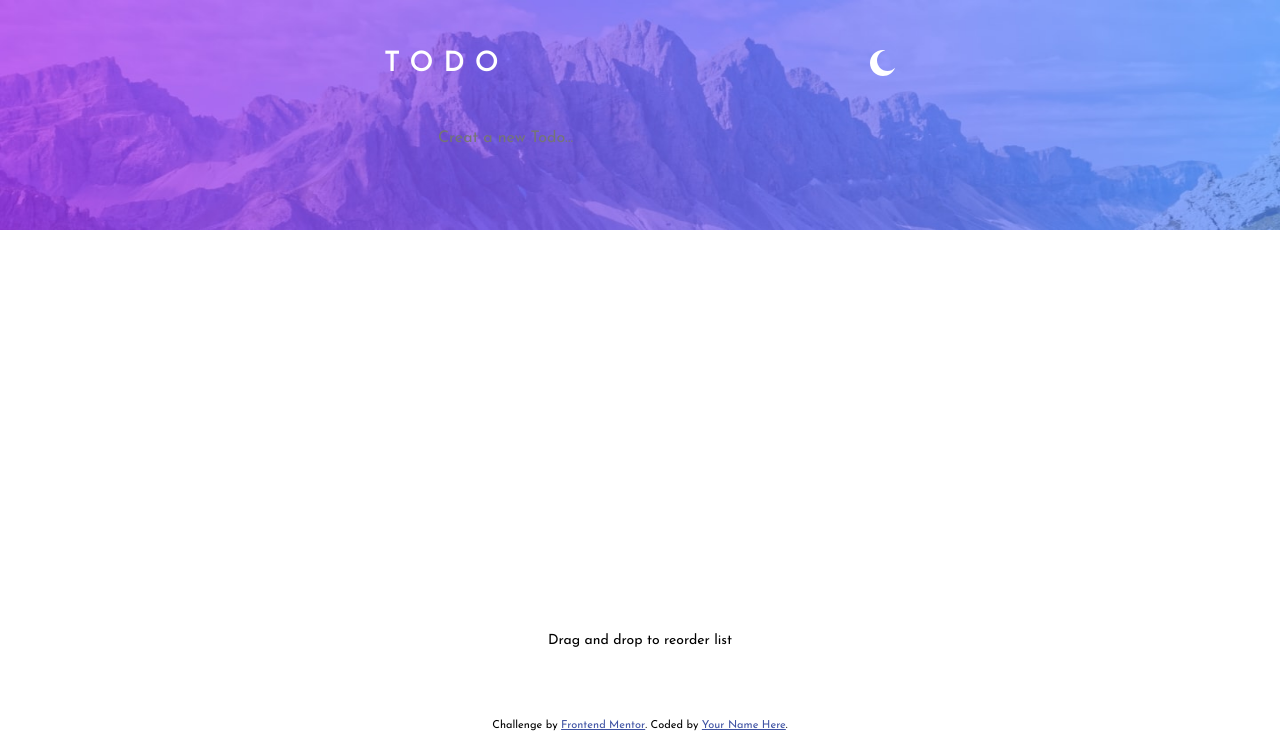
Repository: Baraajad231/Todo-app
Page: /
An editor plug-in stored every save of this project. The page is shown before and after the next save, followed by the edit.
The browser window is 1280 px wide. The pictures show the whole page.
The project was rebuilt for these pictures with package versions that can differ from the ones it lists, and the page was loaded fresh each time. Also part of the build but not shown: vite.config.js.

Above is the page before, as saved 2026-01-16 01:47:57.

### index.html
<!DOCTYPE html>
<html lang="en" data-theme="light">
  <head>
    <meta charset="UTF-8" />
    <meta name="viewport" content="width=device-width, initial-scale=1.0" />
    <!-- displays site properly based on user's device -->

    <link
      rel="icon"
      type="image/png"
      sizes="32x32"
      href="./images/favicon-32x32.png"
    />

    <title>Frontend Mentor | Todo app</title>

    <!-- Feel free to remove these styles or customise in your own stylesheet 👍 -->
    <style>
      .attribution {
        font-size: 11px;
        text-align: center;
      }
      .attribution a {
        color: hsl(228, 45%, 44%);
      }
    </style>

    <link rel="preconnect" href="https://fonts.googleapis.com" />
    <link rel="preconnect" href="https://fonts.gstatic.com" crossorigin />
    <link
      href="https://fonts.googleapis.com/css2?family=Josefin+Sans:ital,wght@0,100..700;1,100..700&display=swap"
      rel="stylesheet"
    />

    <link rel="stylesheet" href="./styles/style.scss" />
  </head>
  <body>
    <div class="container">
      <picture class="background-Wrapper">
        <source
          media="(min-width:465px)"
          srcset="images/bg-desktop-light.jpg"
        />
        <img
          src="images/bg-mobile-light.jpg"
          alt="bg-mobile-light"
          class="background background-light"
        />
      </picture>

      <div class="todo">
        <div class="todo__header">
          <h1 class="todo__title">TODO</h1>
          <button class="todo__theme button">
            <img src="images/icon-moon.svg" alt="moon icon" />
          </button>
        </div>

        <div class="todo__input">
          <button class="checkbox button">
            <img
              src="./images/icon-check.svg"
              alt="check"
              class="checkbox__icon"
            />
          </button>
          <input
            type="text"
            placeholder="Creat a new Todo..."
            class="todo__input--field"
          />
        </div>

        <ul class="todo__list"></ul>

        <div class="todo__status-bar hidden">
          <div class="items-left">
            <span class="items-count">0</span>
            <span class="items-text">items left</span>
          </div>

          <div class="filter-group">
            <button class="button-filter button active" data-type="all">
              All
            </button>
            <button class="button-filter button" data-type="active">
              Active
            </button>
            <button class="button-filter button" data-type="completed">
              Completed
            </button>
          </div>

          <button class="button-clear button">Clear Completed</button>
        </div>
      </div>
    </div>
    <p class="note">Drag and drop to reorder list</p>

    <div class="attribution">
      Challenge by
      <a href="https://www.frontendmentor.io?ref=challenge" target="_blank"
        >Frontend Mentor</a
      >. Coded by <a href="#">Your Name Here</a>.
    </div>
    <script type="module" src="./scripts/index.js"></script>
  </body>
</html>

### styles/style.scss
/*variables*/
:root {
  /* ===== Brand / Primary ===== */
  --color-primary: hsl(220, 98%, 61%);

  --gradient-check: linear-gradient(hsl(192, 100%, 67%), hsl(280, 87%, 65%));

  /* ===== Typography ===== */
  --font-family-base: "Josefin Sans", sans-serif;
  --font-size-base: 16px;
  --font-weight-regular: 400;
  --font-weight-bold: 700;
}

:root[data-theme="light"] {
  --color-bg: hsl(0, 0%, 98%);
  --color-surface: #ffffff;

  --color-text-primary: hsl(235, 19%, 35%);
  --color-text-secondary: hsl(236, 9%, 61%);

  --color-border: hsl(233, 11%, 84%);
  --color-completed: hsl(234, 39%, 85%);
}

:root[data-theme="dark"] {
  --color-bg: hsl(235, 21%, 11%);
  --color-surface: hsl(235, 24%, 19%);

  --color-text-primary: hsl(234, 39%, 85%);
  --color-text-secondary: hsl(236, 9%, 61%);

  --color-border: hsl(237, 14%, 26%);
  --color-completed: hsl(233, 14%, 35%);
}

/* Reset */
* {
  margin: 0;
  padding: 0;
  font: inherit;
}

*,
*::after,
*::before {
  box-sizing: border-box;
}

a {
  color: inherit;
  display: inline-block;
}

button,
[type="submit"] {
  background-color: transparent;
  border: none;
  cursor: pointer;
}

ul,
ol {
  list-style: none;
}

html {
  font-size: 62.5%;
}

body {
  font-size: 1.6rem;
  font-family: var(--font-family-base);
  color: var(--color-text-primar);
}
/* End Reset */

/*container*/
.container {
  position: relative;
  min-height: 100vh;
  width: 100vw;
  background-color: var(--color-bg);
}
.background {
  width: 100vw;
  height: 20.65rem;

  @media (min-width: 768px) {
    height: 21rem;
  }
  @media (min-width: 950px) {
    height: 23rem;
  }
}

.todo {
  display: flex;
  flex-direction: column;
  position: absolute;
  top: 0;
  width: calc(100% - 6rem);
  margin: 5rem 3rem;
  z-index: 2;

  @media (min-width: 768px) {
    width: 70%;
    left: 50%;
    transform: translateX(-50%);
    margin: 5rem 0;
  }

  @media (min-width: 950px) {
    width: 40%;
    left: 50%;
    transform: translateX(-50%);
    margin: 5rem 0;
  }

  &__header {
    display: flex;
    justify-content: space-between;
    margin-bottom: 3rem;

    .todo__title {
      font-size: 2.4rem;
      color: white;
      letter-spacing: 1rem;
      font-weight: 600;

      @media (min-width: 950px) {
        font-size: 3.2rem;
      }
      @media (min-width: 768px) {
        font-size: 2.8rem;
      }
    }
  }
  &__input {
    background-color: var(--color-surface);
    display: flex;
    align-items: center;

    margin-bottom: 1.5rem;
    padding: 0 2rem;
    border-radius: 0.5rem;

    @media (min-width: 950px) {
      margin-bottom: 2rem;
    }

    &--field {
      border: none;
      background-color: transparent;
      width: 100%;
      padding: 2rem 0;
      color: var(--color-text-primary);

      &:focus {
        outline: none;
        caret-color: var(--color-primary);
      }
    }
  }

  &__list {
    max-height: 41vh;
    overflow-y: auto;
    overflow-x: hidden;
    transition: transform 0.2s ease;

    font-size: 1.2rem;
    @media (min-width: 950px), (min-width: 768px) {
      font-size: 1.6rem;
    }

    &__row {
      background-color: var(--color-surface);
      padding: 1.5rem 2rem;
      display: flex;
      align-items: center;
      color: var(--color-text-primary);
      box-shadow: 0 3rem 3rem 1rem rgba(0, 0, 0, 0.045);
      border-bottom: 1px solid var(--color-border);
      cursor: grab;
      user-select: none;
      touch-action: none;
      transition: all 0.2s ease;

      width: 100%;

      &:nth-child(1) {
        border-radius: 0.5rem 0.5rem 0 0;
      }

      & .todo__list__task {
        margin-right: auto;
      }

      @media (hover: hover) {
        & .remove-btn {
          visibility: hidden;
          opacity: 0;
          scale: 0.5;
          transition: all 0.3s;
        }
        &:hover .remove-btn {
          visibility: visible;
          opacity: 1;
          scale: 1; // transition: all 1s;
        }
      }
    }
  }
  .completed {
    text-decoration: line-through;
    color: var(--color-completed);

    & .todo__input--field {
      color: var(--color-completed);
    }
    & .checkbox {
      background: var(--gradient-check);
    }
  }

  .checkbox {
    border: 1px solid var(--color-border);
    border-radius: 50%;
    margin-right: 1rem;
    display: flex;
    align-items: center;
    justify-content: center;

    @media (min-width: 950px) {
      margin-right: 1.5rem;
    }

    &__icon {
      opacity: 0;
      visibility: hidden;
      padding: 0.4rem;
    }
  }

  .completed .checkbox__icon {
    opacity: 1;
    visibility: visible;
  }

  &__status-bar {
    display: flex;
    align-items: center;
    justify-content: space-between;
    position: relative;
    background-color: var(--color-surface);
    color: var(--color-text-primary);
    box-shadow: 0 3rem 3rem 1rem rgba(0, 0, 0, 0.045);
    border-radius: 0 0 0.5rem 0.5rem;
    padding: 1.5rem 2rem;
    font-size: 1.2rem;
    border-top: 1px solid var(--color-border);

    & .items-left {
      color: var(--color-text-secondary);
    }
    & .filter-group {
      display: flex;
      justify-content: center;
      gap: 2rem;
      font-size: 1.4rem;

      @media (max-width: 1000px) {
        position: absolute;
        bottom: -65px;
        left: 0;
        right: 0;
        padding: 1.5rem 2rem;
        border-radius: 0.5rem;
        background-color: var(--color-surface);
        box-shadow: 0 3rem 3rem 1rem rgba(0, 0, 0, 0.045);
      }
    }
  }
}

.hidden {
  display: none;
}

.note {
  position: absolute;
  bottom: 10%;
  left: 50%;
  transform: translateX(-50%);
  width: max-content;
  font-size: 1.4rem;
  color: var(--color-text-secondary);
}

.button {
  color: var(--color-text-secondary);
  transition: all 0.3s;

  &:active {
    transform: scale(0.9);
    color: var(--color-text-primary);
  }

  &-filter {
    font-weight: 600;
  }
}

.active {
  transition: all 0.3s;
  color: var(--color-primary);
}

.task.dragging {
  opacity: 0.7;
  cursor: grabbing;
  z-index: 1000;
  box-shadow: 0 12px 30px rgba(0, 0, 0, 0.25);
  transform: scale(1.02);
  transition: none;
  pointer-events: none;
}

.placeholder {
  border: 2px dashed #ccc;
  // background: transparent;
  // background-color: var(--color-surface);
  background-color: var(--color-bg);
}

### scripts/index.js
import {
  initClickEventsListeners,
  initDragAndDropEvent,
  inputTaskEvent,
} from "./events";
import { initList } from "./renderTasks";
import { getTheme } from "./tasksStorage";
import { initTheme } from "./toggleThemeHandler";

initList();
initClickEventsListeners();
inputTaskEvent();
initDragAndDropEvent();

setTimeout(() => (document.documentElement.dataset.theme = getTheme()));

### scripts/events.js
import { checkboxHandler, checkboxinputHandler } from "./checkboxHandler.js";
import { clearBtnHandler } from "./clearBtnHandler.js";
import { endDrag, onDrag, startDrag } from "./DragAndDropHAndlers.js";
import { inputField, taskList, todo } from "./elements.js";
import {
  activeFilterHandler,
  allFilterHandler,
  completedFilterHandler,
} from "./filtersHandler.js";
import { inputEnterHandler } from "./inputEnterHandler.js";
import { removeTaskHandler } from "./removeTaskHandler.js";
import { toggleThemeHandler } from "./toggleThemeHandler.js";

export const inputTaskEvent = () => {
  inputField.addEventListener("keydown", inputEnterHandler);
};

export const initClickEventsListeners = () => {
  todo.addEventListener("click", (e) => {
    /*For checkboxes */
    const taskEl = e.target.closest(".task");
    if (taskEl && e.target.closest(".checkbox")) {
      const index = parseInt(taskEl.dataset.index);
      checkboxHandler(index);
    }

    if (e.target.closest(".todo__input .checkbox")) {
      checkboxinputHandler();
    }

    /*For clear Btn */
    if (e.target.closest(".button-clear")) {
      clearBtnHandler();
    }

    /*For filters Btns */
    if (e.target.closest('[data-type="all"]')) {
      allFilterHandler();
    }
    if (e.target.closest('[data-type="active"]')) {
      activeFilterHandler();
    }
    if (e.target.closest('[data-type="completed"]')) {
      completedFilterHandler();
    }

    /*For remove Btn */
    if (e.target.closest(".remove-btn")) {
      const index = parseInt(taskEl.dataset.index);
      removeTaskHandler(index);
    }

    /*For theme*/
    if (e.target.closest(".todo__theme")) {
      toggleThemeHandler();
    }
  });
};

export const initDragAndDropEvent = () => {
  taskList.addEventListener("pointerdown", startDrag);
  document.addEventListener("pointermove", onDrag);
  document.addEventListener("pointerup", endDrag);
};

// export const checkboxEvent = () => {
//   checkboxTaskListElements()?.forEach((element, index) => {
//     element.addEventListener("click", () => {
//       checkboxHandler(index);
//     });
//   });

//   checkboxInput.addEventListener("click", () => {
//     checkboxinputHandler();
//   });
// };

// export const clearCompletedEvent = () => {
//   clearBtn.addEventListener("click", () => {
//     clearBtnHandler();
//     // checkboxEvent();
//   });
// };

// export const filtersEvent = () => {
//   allFilter.addEventListener("click", allFilterHandler);
//   activeFilter.addEventListener("click", activeFilterHandler);
//   completedFilter.addEventListener("click", completedFilterHandler);
// };

// export const removeTaskEvent = () => {
//   removeBtns()?.forEach((btn, index) => {
//     btn.addEventListener("click", () => {
//       removeTaskHandler(index);
//       removeTaskEvent();
//     });
//   });
// };

### scripts/renderTasks.js
import {
  activeFilter,
  completedFilter,
  itemsCount,
  taskList,
  todoStatusBar,
} from "./elements";
import { activeClassHandler } from "./filtersHandler";
import { getFilterState, getTasks, getTheme } from "./tasksStorage";
import { initTheme } from "./toggleThemeHandler";

export const itemsCountHandler = (tasks) => {
  let count = 0;
  tasks.forEach((task) => {
    if (!task.isCompleted) {
      count++;
    }
  });
  itemsCount.textContent = count;
};

export const ShowHideControls = (count) => {
  todoStatusBar.classList.toggle("hidden", count === 0);
};

export const renderTasks = (type) => {
  let tasks = getTasks();

  const pastTasks = document.querySelectorAll(".task");
  pastTasks.forEach((task) => {
    task.remove();
  });

  if (type === "active") {
    console.log("type = active");

    let activeTasks = [];
    tasks.forEach((task) => {
      if (!task.isCompleted) {
        activeTasks.push(task);
      }
    });
    tasks = activeTasks;
    activeClassHandler(activeFilter);
  }

  if (type === "completed") {
    console.log("type = completed");

    let completedTasks = [];
    tasks.forEach((task) => {
      if (task.isCompleted) {
        completedTasks.push(task);
      }
    });
    tasks = completedTasks;
    activeClassHandler(completedFilter);
  }

  // بدنا نعمل حركة بحيث نجيب ال task المحددة الي بدنا اياها من الLC

  let tasksElements = ``;
  tasks.forEach((task, index) => {
    tasksElements += `
    <li class="todo__list__row task ${
      task.isCompleted ? "completed" : ""
    }" data-index="${index}" data-completed="${task.isCompleted}" data-id="${
      task.id
    }">
            <button class="checkbox button">
              <img
                src="./images/icon-check.svg"
                alt="check"
                class="checkbox__icon"
              />
            </button>
            <span class="todo__list__task">${task.taskValue}</span>
            <button class="remove-btn button">
              <img src="./images/icon-cross.svg" alt="" class="remove-icon" />
            </button>
    </li>`;
  });
  console.log(tasks.length);

  itemsCountHandler(getTasks());
  ShowHideControls(getTasks().length);

  taskList.insertAdjacentHTML("afterBegin", tasksElements);
};

export const initList = () => {
  renderTasks(getFilterState());
};

### scripts/tasksStorage.js
export const getTasks = () => {
  const raw = localStorage.getItem("tasksList");
  if (!raw) return [];
  try {
    return JSON.parse(raw);
  } catch {
    return [];
  }
};

export const saveTasks = (tasks) => {
  localStorage.setItem("tasksList", JSON.stringify(tasks));
};

export const findTask = (index) => {
  const tasks = getTasks();
  return tasks[index];
};
/*  هذه الطريقة الافضل لانه ممكن الي فوق ترجع خطأ*/
// export const findTask = (index) => {
//   const tasks = getTasks();
//   console.log(index);

//   return tasks.find((task) => task.index === index);
// };

export const saveFilterState = (state) => {
  localStorage.setItem("tasksFilter", state);
};

export const getFilterState = () => {
  return localStorage.getItem("tasksFilter");
};

export const getTheme = () => {
  return localStorage.getItem("theme");
};

export const saveTheme = (theme) => {
  localStorage.setItem("theme", theme);
};

### scripts/toggleThemeHandler.js
import { iconTheme, img, source } from "./elements";
import { saveTheme } from "./tasksStorage";

export const toggleThemeHandler = () => {
  // نغير ال data set عشان ال css يشوف شغله
  const html = document.querySelector("html");
  const isDark = html.dataset.theme === "dark";
  html.dataset.theme = isDark ? "light" : "dark";

  updateBackground(html.dataset.theme);
  updateThemeIcon(html.dataset.theme);
  saveTheme(JSON.stringify(html.dataset.theme));
};

const updateBackground = (theme) => {
  if (theme === "dark") {
    source.srcset = "images/bg-desktop-dark.jpg";
    img.src = "images/bg-mobile-dark.jpg";
  } else {
    source.srcset = "images/bg-desktop-light.jpg";
    img.src = "images/bg-mobile-light.jpg";
  }
};

const updateThemeIcon = (theme) => {
  iconTheme.src =
    theme === "dark" ? "images/icon-sun.svg" : "images/icon-moon.svg";
};

export const initTheme = (theme) => {
  const html = document.querySelector("html");
  html.dataset.theme = theme;
  updateBackground(html.dataset.theme);
  updateThemeIcon(html.dataset.theme);
};

### scripts/checkboxHandler.js
import { itemsCountHandler } from "./renderTasks";
import { findTask, getTasks, saveTasks } from "./tasksStorage";

export const checkboxHandler = (index) => {
  const taskElement = document.querySelector(`.task[data-index="${index}"]`);
  taskElement?.classList.toggle("completed");

  taskElement.classList.contains("completed")
    ? (taskElement.dataset.completed = "true")
    : (taskElement.dataset.completed = "false");

  const task = findTask(index);

  task.isCompleted = !task.isCompleted;

  const tasks = getTasks();
  tasks[index] = task;
  saveTasks(tasks);
  itemsCountHandler(getTasks());
};

export const checkboxinputHandler = () => {
  const inputDiv = document.querySelector(".todo__input");
  inputDiv?.classList.toggle("completed");
};

//   ممكن نزبط ال eventListener  بحيث نخليه ع كل العنصر الاب و باستخدام بنحدد العنصر الذي تنفذ عليه الدوال الخاصة به وايضا (closest)
//   event Delegation
//   بيبقى نحدث الذاكرة
//    لا تنسى ال checkbox تاع ال input ===> وهذا يفتح باب انه تحط isCompleted > true لما بدك تظهر ال task على ال list

### scripts/clearBtnHandler.js
import { renderTasks } from "./renderTasks";
import { getFilterState, getTasks, saveTasks } from "./tasksStorage";

export const clearBtnHandler = () => {
  let tasks = getTasks();
  let remainingTasks = [];
  tasks.forEach((task) => {
    if (!task.isCompleted) {
      remainingTasks.push(task);
    }
  });

  tasks = remainingTasks;
  saveTasks(tasks);

  renderTasks(getFilterState());
  console.log("From Handler");
};

### scripts/elements.js
export const inputField = document.querySelector(".todo__input--field");
export const taskList = document.querySelector(".todo__list");
export const todoStatusBar = document.querySelector(".todo__status-bar ");
export const itemsCount = document.querySelector(".items-count");

export const allFilter = document.querySelector('[data-type="all"]');
export const activeFilter = document.querySelector('[data-type="active"]');
export const completedFilter = document.querySelector(
  '[data-type="completed"]'
);

export const todo = document.querySelector(".todo");

export const source = document.querySelector("source");
export const img = document.querySelector(".background");
export const iconTheme = document.querySelector(".todo__theme img");

### scripts/filtersHandler.js
import { activeFilter, allFilter, completedFilter } from "./elements";
import { renderTasks } from "./renderTasks";
import { saveFilterState } from "./tasksStorage";

// لاظهار كل العناصر
export const allFilterHandler = () => {
  renderTasks("all");
  saveFilterState("all");
  activeClassHandler(allFilter);
};

// لاظهار العناصر الي مش ماخذة completed
export const activeFilterHandler = () => {
  renderTasks("active");
  saveFilterState("active");
  activeClassHandler(activeFilter);
};

// لاظهار العناصر الي ماخذة completed
export const completedFilterHandler = () => {
  renderTasks("completed");
  saveFilterState("completed");
  activeClassHandler(completedFilter);
};

//  لازالة و اضافة ال active class
export const activeClassHandler = (element) => {
  const activeElement = document.querySelector(".active");
  activeElement.classList.remove("active");

  element.classList.add("active");
};

### scripts/inputEnterHandler.js
import { inputField } from "./elements";
import { renderTasks } from "./renderTasks";
import { getFilterState, getTasks, saveTasks } from "./tasksStorage";

export const inputEnterHandler = (e) => {
  if (e.key !== "Enter") return;

  const taskValue = inputField.value.trim();
  if (!taskValue) {
    inputField.value = "";
    return;
  }

  addTask(taskValue);
  resetInput();
};

const addTask = (taskValue) => {
  let tasks = getTasks();

  let index = tasks.length.toString();

  const inputDiv = document.querySelector(".todo__input");

  tasks.push({
    taskValue,
    isCompleted: inputDiv.classList.contains("completed") ? true : false,
    id: Date.now(),
  });

  saveTasks(tasks);

  renderTasks(getFilterState());
};

const resetInput = () => {
  const inputDiv = document.querySelector(".todo__input");
  inputDiv.classList.remove("completed");
  inputField.value = "";
};

### scripts/removeTaskHandler.js
import { renderTasks } from "./renderTasks";
import { getFilterState, getTasks, saveTasks } from "./tasksStorage";

export const removeTaskHandler = (index) => {
  let tasks = getTasks();
  tasks.splice(index, 1);
  saveTasks(tasks);
  renderTasks(getFilterState());
};

Loaded but not shown: scripts/DragAndDropHAndlers.js (271 lines, source omitted)

After the next save:
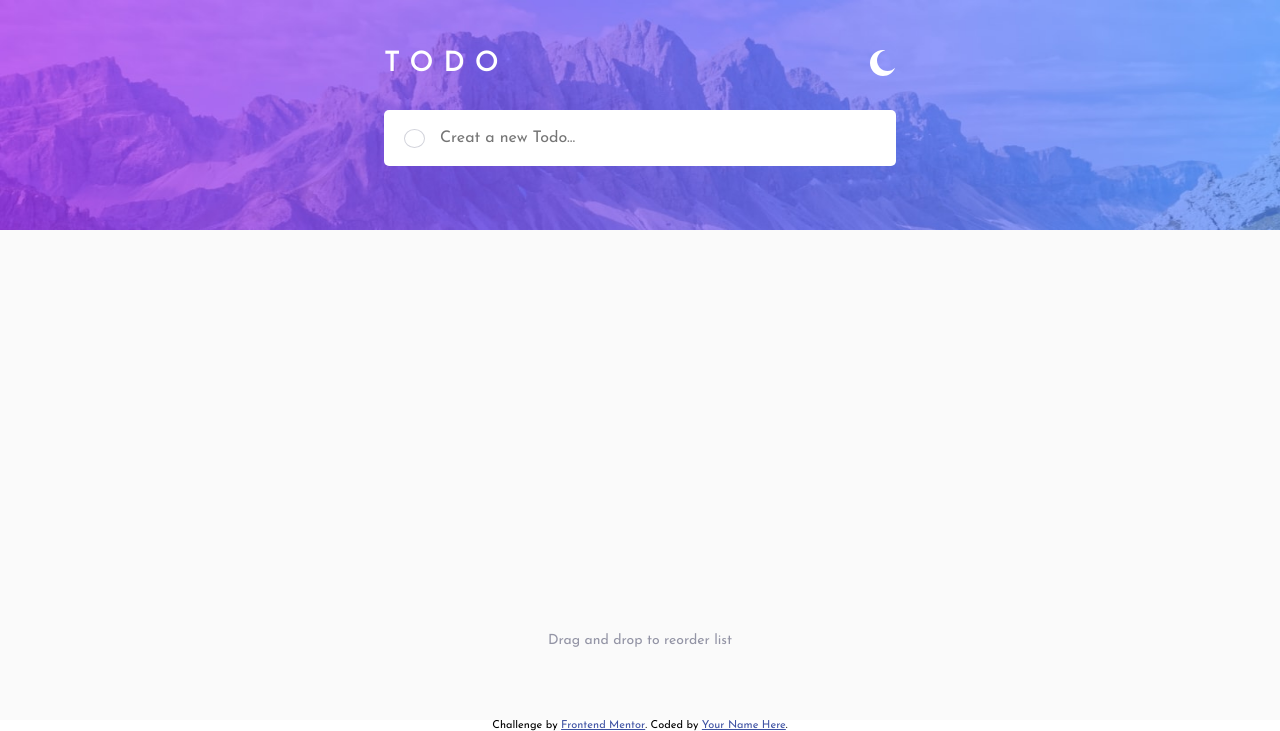
Saved 9 s later.
--- a/scripts/index.js
+++ b/scripts/index.js
@@ -11,5 +11,3 @@ initList();
 initClickEventsListeners();
 inputTaskEvent();
 initDragAndDropEvent();
-
-setTimeout(() => (document.documentElement.dataset.theme = getTheme()));

After the 3 saves that followed:
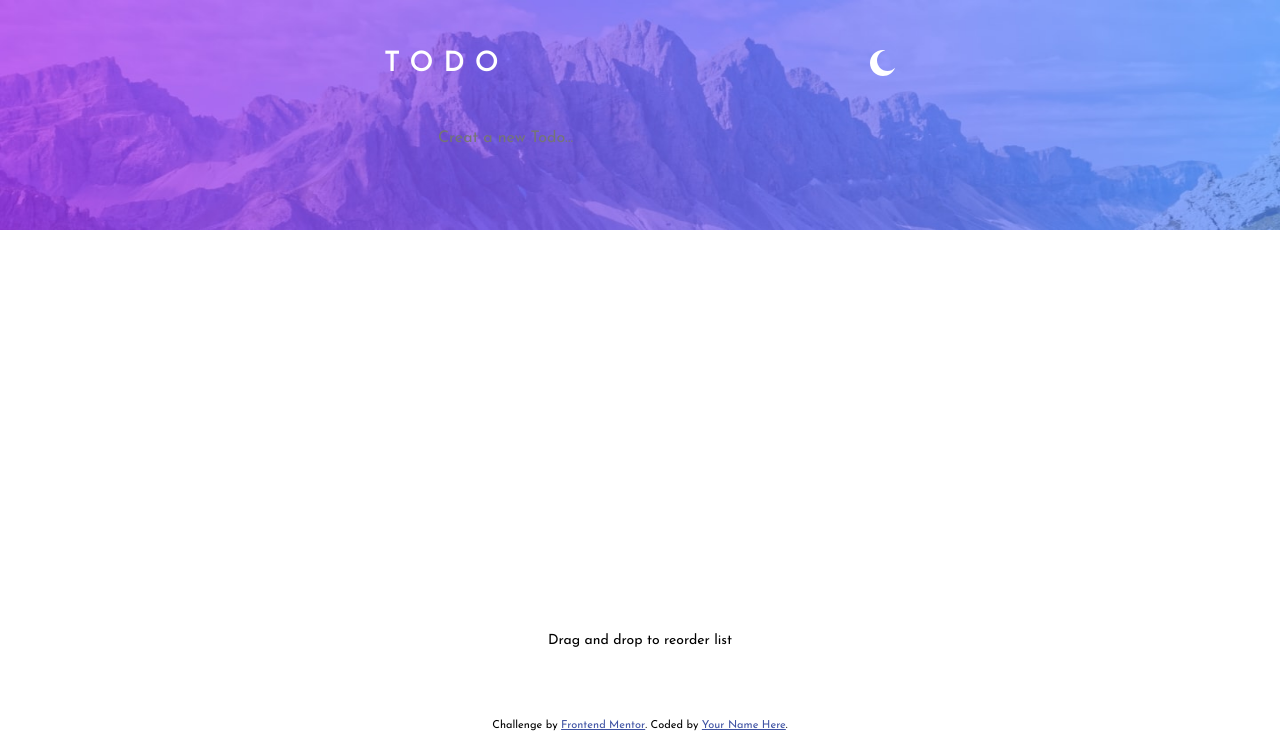
The 3 saves are shown as one change because 2 left the picture as it was.
The last was saved 109 s later.
--- a/scripts/index.js
+++ b/scripts/index.js
@@ -11,3 +11,4 @@ initList();
 initClickEventsListeners();
 inputTaskEvent();
 initDragAndDropEvent();
+initTheme(getTheme());
